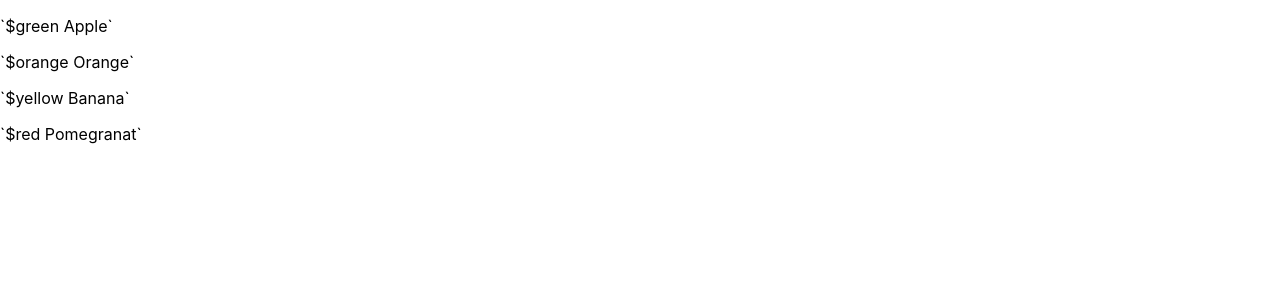
Repository: tatevkalashyan/homwork5-counter
Page: /
These files come from the project's save history. The page is drawn as it stood at one moment and after the next save; the edit follows.
The browser window is 1280 px wide. The pictures show the whole page.
The project was rebuilt for these pictures with package versions that can differ from the ones it lists, and the page was loaded fresh each time.

Above is the page before, as saved 2020-11-21 20:27:22.

### src/App.js
// import logo from './logo.svg';
// import './App.css';

// import Calc from './Calc/Calc'
import List from './List'

function App() {
  return (
    // <Calc />
    <List />
  );
}

export default App;

### src/List.js
import React, { Component } from "react";

class List extends Component {
  constructor() {
    super();

    this.state = {
      value: ["Apple", "Orange", "Banana", "Pomegranat"],
      colors: ['green', 'orange', 'yellow', 'red'],
    };
  }

  render() {
    return (
      <div>
        {this.state.value.map((fruit, key) => {
          return (
            <div key={key}>
              <p>`${this.state.colors[key]} {fruit}`</p>
            </div>
          );
        })}
      </div>
    );
  }
}

export default List;

Loaded but not shown: public/index.html (common file); src/index.js (common file); src/index.css (common file); src/reportWebVitals.js (common file)

After the next save:
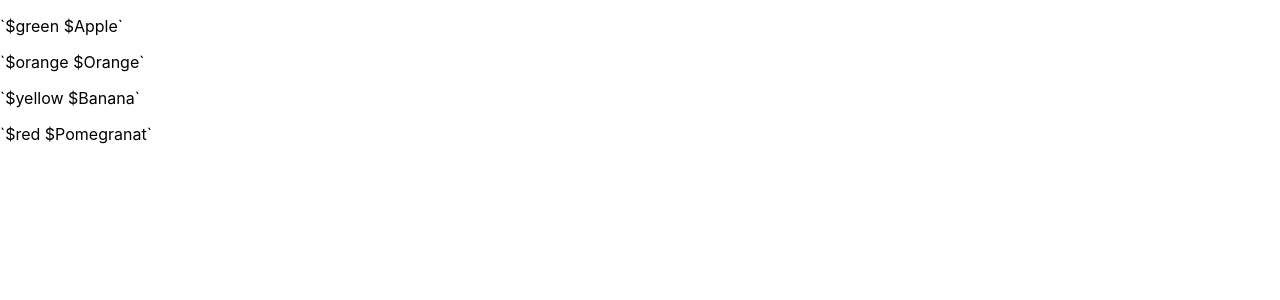
Saved 4 s later.
--- a/src/List.js
+++ b/src/List.js
@@ -16,7 +16,7 @@ class List extends Component {
         {this.state.value.map((fruit, key) => {
           return (
             <div key={key}>
-              <p>`${this.state.colors[key]} {fruit}`</p>
+              <p>`${this.state.colors[key]} ${fruit}`</p>
             </div>
           );
         })}
